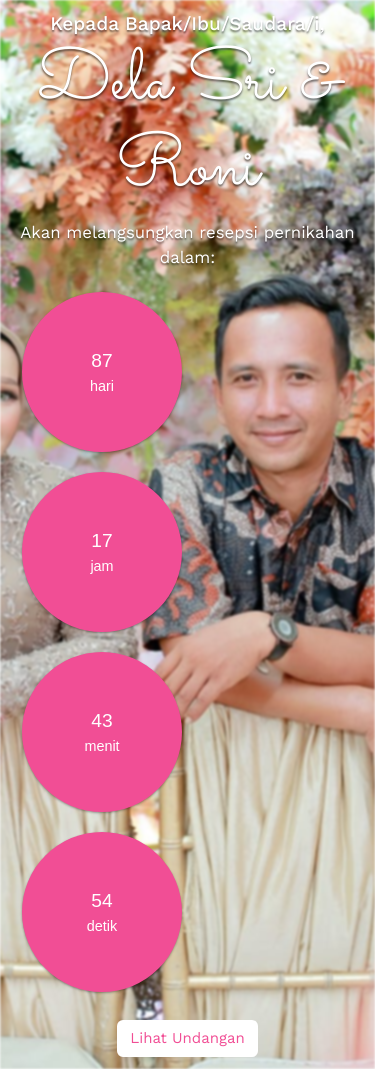
Repository: sellayspy/invitation
Page: index.html
The author's editor kept a copy of each file at every save. The page is drawn from the files as they stood at one save, then again after the next save.
The browser window is 375 px wide. The pictures show the whole page.

Above is the page before, as saved 2024-07-08 15:11:16.

After the next save:
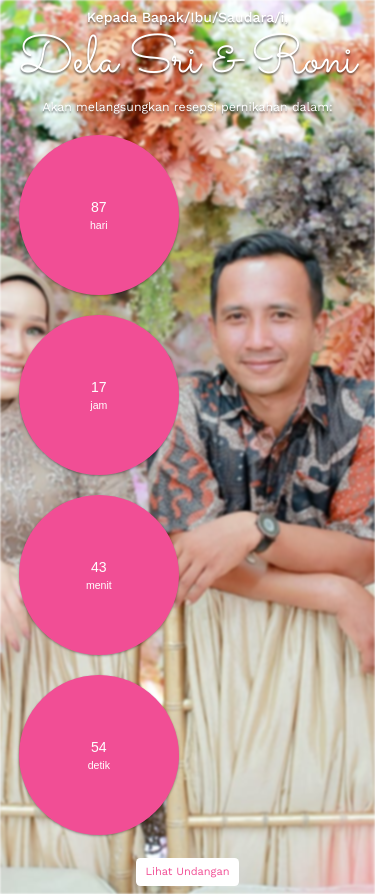
Saved 53 s later.
--- a/style.css
+++ b/style.css
@@ -72,13 +72,13 @@ body {
 /* Tablet */
 @media (max-width: 768px) {
   html {
-    font-size: 75%;
+    font-size: 65%;
   }
 }
 
 /* mobile phone */
 @media (max-width: 576px) {
   html {
-    font-size: 75%;
+    font-size: 55%;
   }
 }
